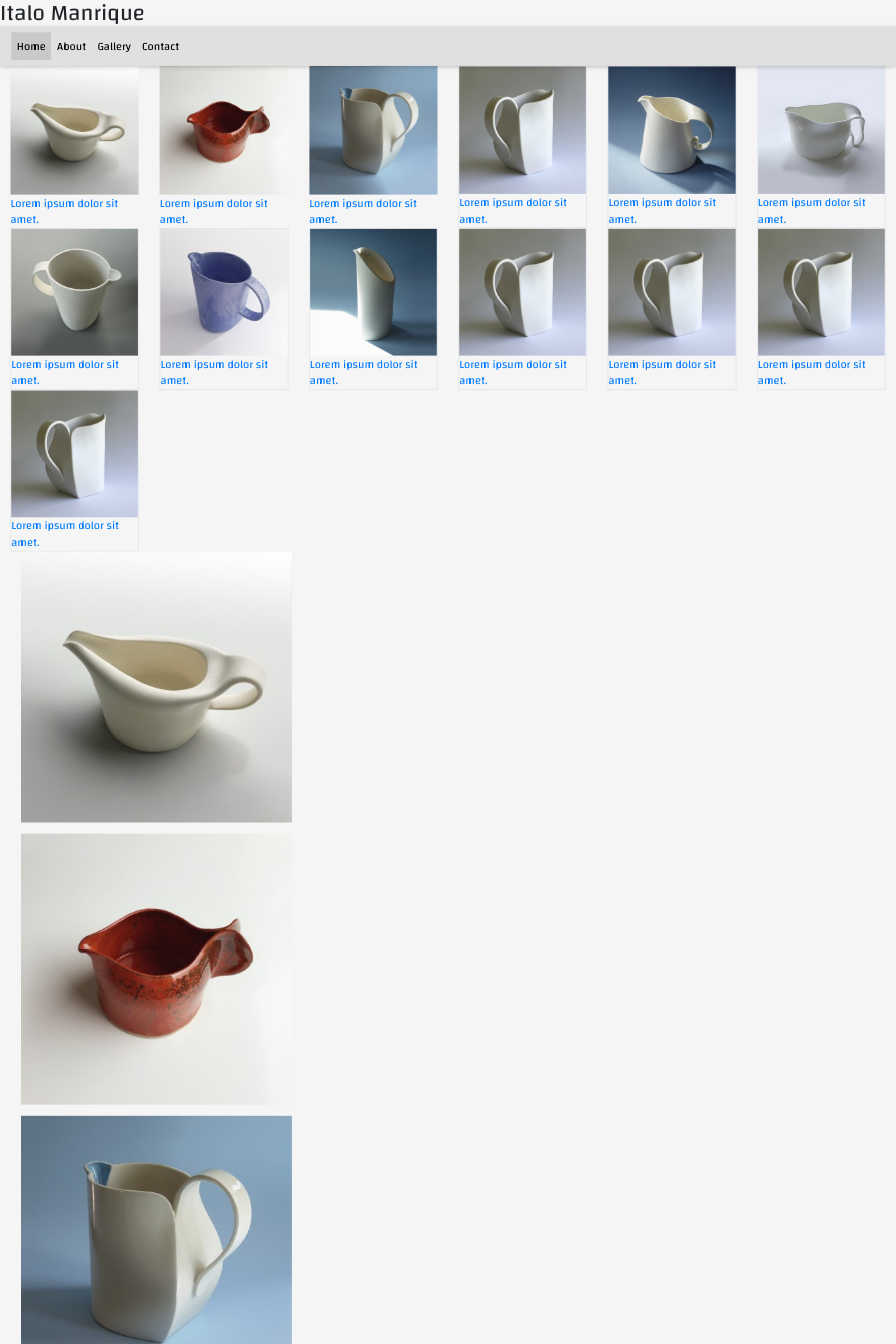
Repository: ManrOsca/ceramics
Page: MDB/gallery.html
The author's editor kept a record of every edit. The page is drawn from the files as they stood at one moment, then again after the next edit.
The browser window is 1280 px wide. The pictures show the part of the page from y = 0 to 1920 px (the page is 6023 px tall), at 70% of full size.

Above is the page before.

After the next edit:
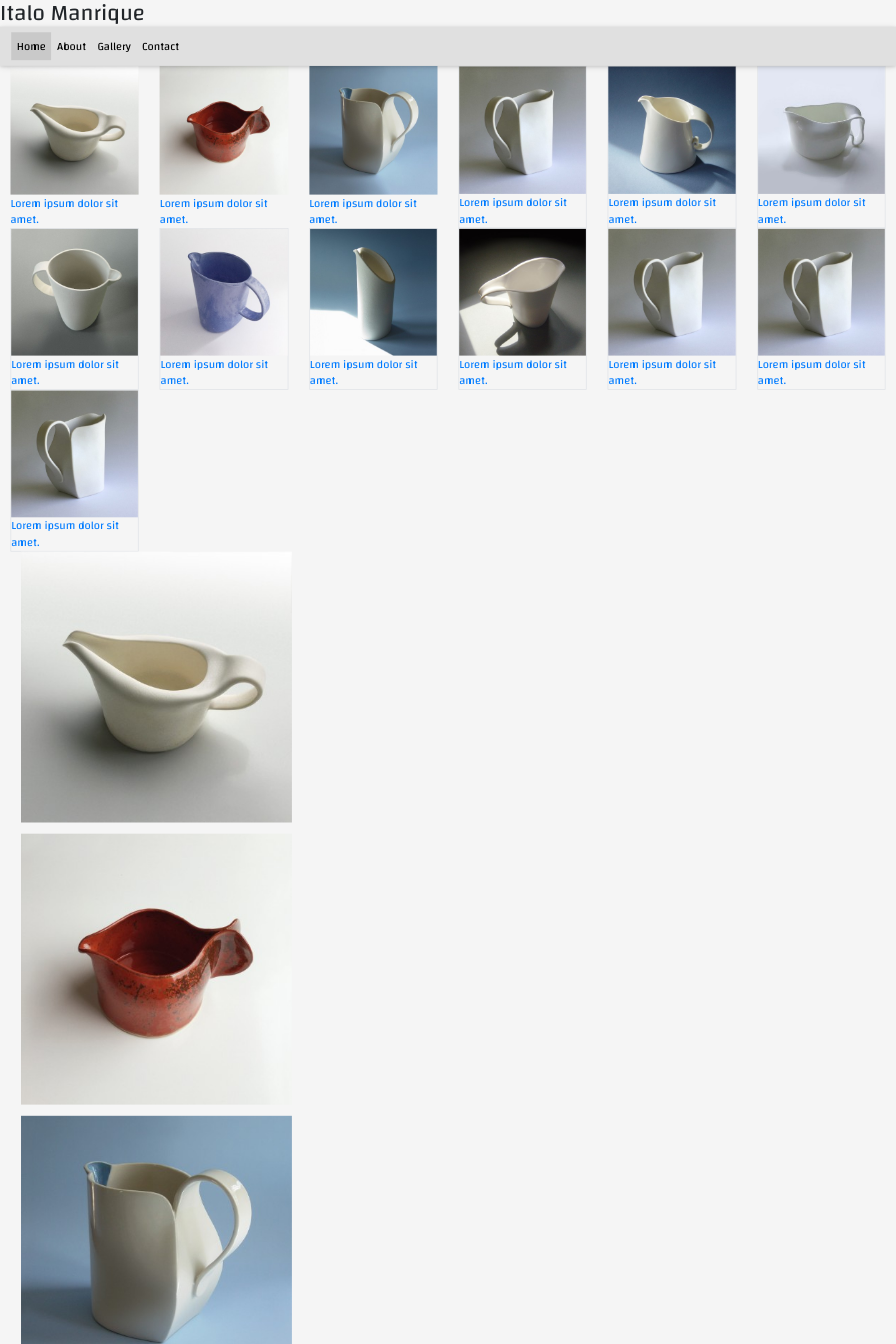
The edit:
--- a/MDB/gallery.html
+++ b/MDB/gallery.html
@@ -153,8 +153,8 @@
 
                 <div class="col-lg-2 col-sm-4">
                   <div class="img-thumbnail">
-                      <a href="img/jug-2.jpg">
-                     <img src="img/jug-2-thumb.jpg" alt="jug-8" class="img-responsive">
+                      <a href="img/jug-8.jpg">
+                     <img src="img/jug-8-thumb.jpg" alt="jug-8" class="img-responsive">
                      <div class="caption">Lorem ipsum dolor sit amet.</div>
                      </a>
                   </div>
